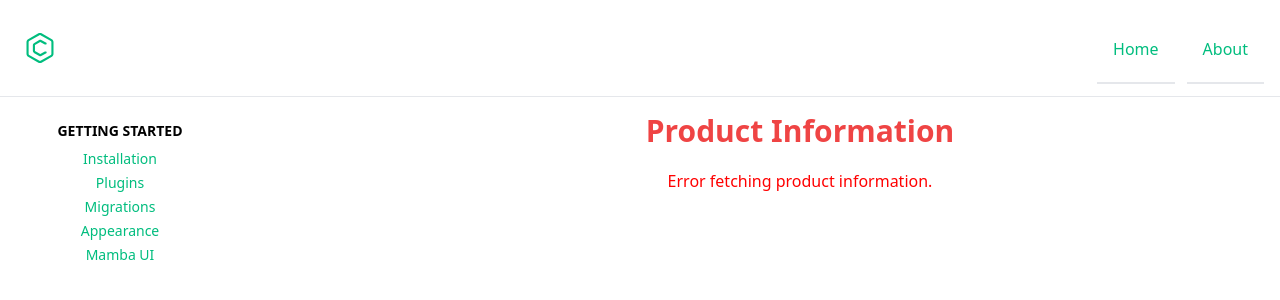
Repository: loktioncode/vectra-shop
Page: /
An editor plug-in stored every save of this project. The page is shown before and after the next save, followed by the edit.
The browser window is 1280 px wide. The pictures show the whole page.
The page's requests for data from a server got no answer. The project was rebuilt for these pictures with package versions that can differ from the ones it lists, and the page was loaded fresh each time. No one was signed in, and anything a server would have sent is missing. Also part of the build but not shown: vite.config.ts, src/components/ProductCard.vue.

Above is the page before, as saved 2023-09-20 15:34:58.

After the next save:
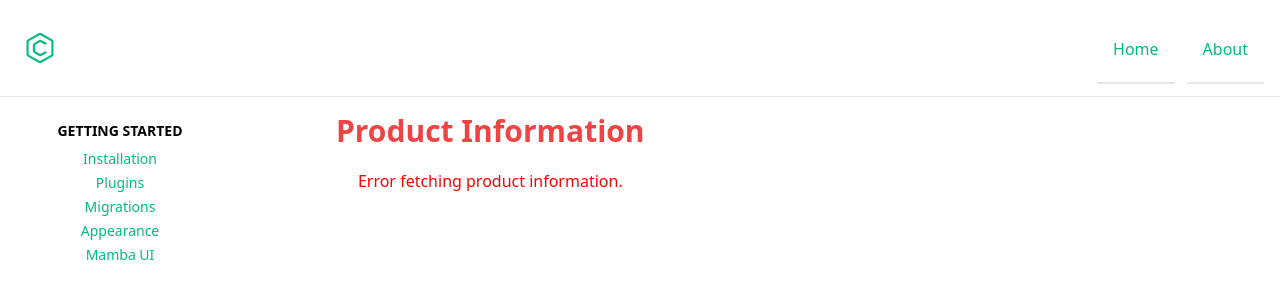
Saved 12 s later.
--- a/src/components/Products.vue
+++ b/src/components/Products.vue
@@ -20,7 +20,7 @@
     </div>
 
     <!-- Right Side for Product Information -->
-    <div class="w-3/4 p-4">
+    <div class="w-4/4 p-4">
       <h1 class="text-3xl text-red-500 font-bold mb-5">Product Information</h1>
       <div v-if="productStore.loading">Loading...</div>
       <div v-else>
